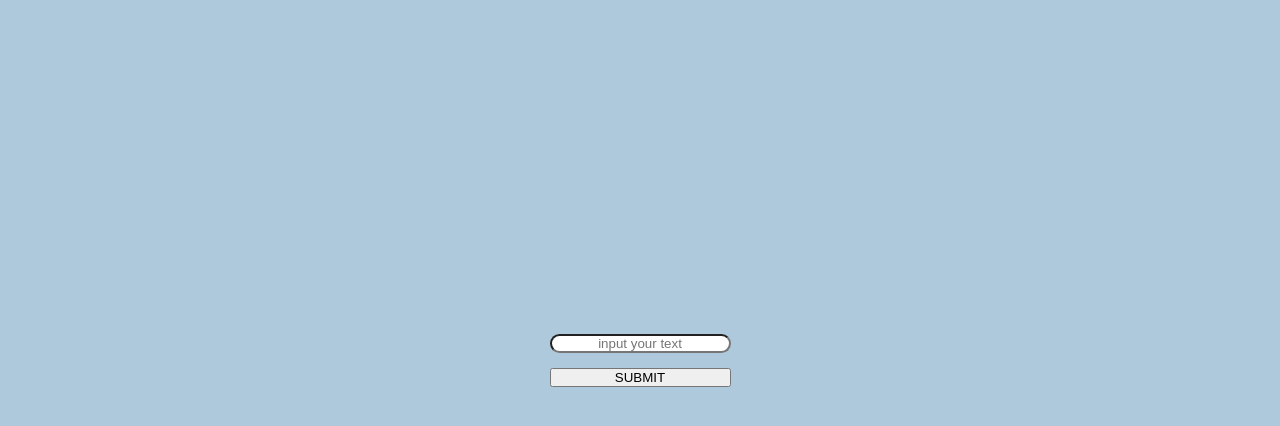
Repository: haykgrigoryan077/wheater-forecast
Page: /
The author's editor kept a copy of each file at every save. The page is drawn from the files as they stood at one save, then again after the next save.
The browser window is 1280 px wide. The pictures show the whole page.
The project was rebuilt for these pictures with package versions that can differ from the ones it lists, and the page was loaded fresh each time. Also part of the build but not shown: src/index.css, src/ShowData/style.css, src/ShowData/index.js.

Above is the page before, as saved 2022-08-25 16:36:11.

After the next save:
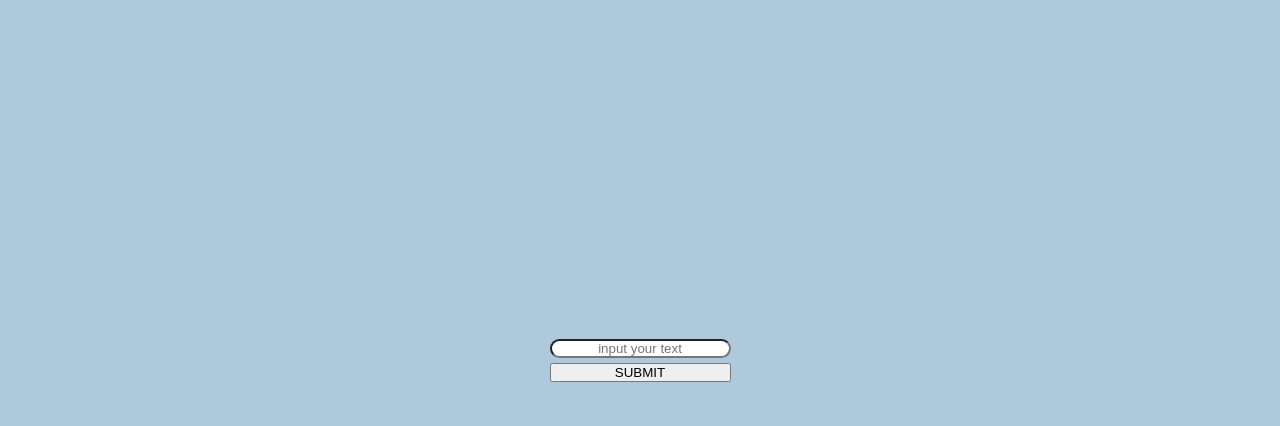
Saved 7 s later.
--- a/src/Inputs/style.css
+++ b/src/Inputs/style.css
@@ -4,7 +4,7 @@
 }
 
 .inputCity {
-    margin-bottom: 15px;
+    margin-bottom: 5px;
     border-radius: 12px;
     justify-content: center;
     text-align: center;
